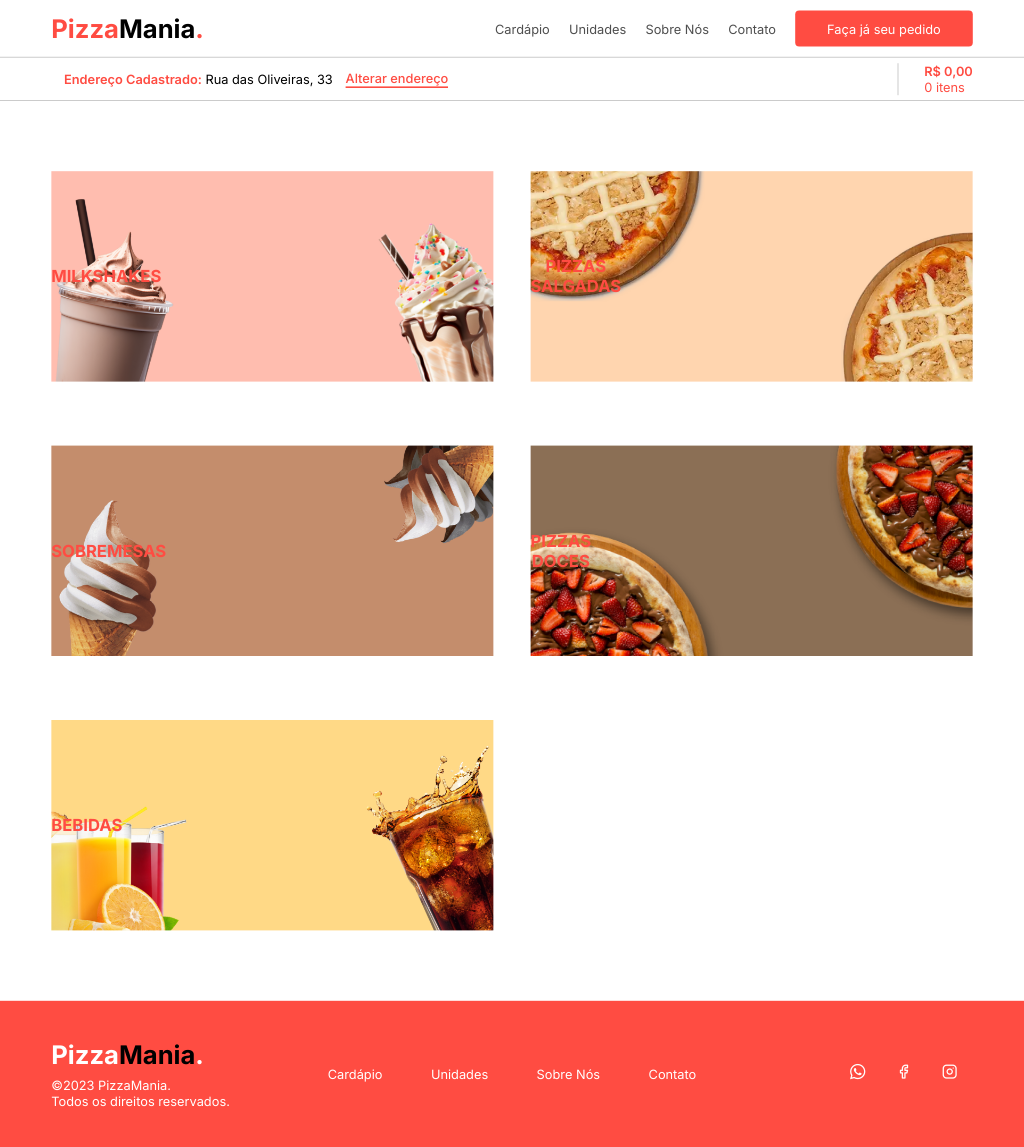
Repository: lucas-albuq/PizzaMania
Page: assets/pages/cardapio.html
An editor plug-in stored every save of this project. The page is shown before and after the next save, followed by the edit.
The browser window is 1280 px wide. The pictures show the whole page, at 80% of full size.
Some icons come from a web library that is not loaded, so they are not drawn. Some web libraries are served in a nearby version.

Above is the page before, as saved 2024-01-04 21:20:29.

After the next save:
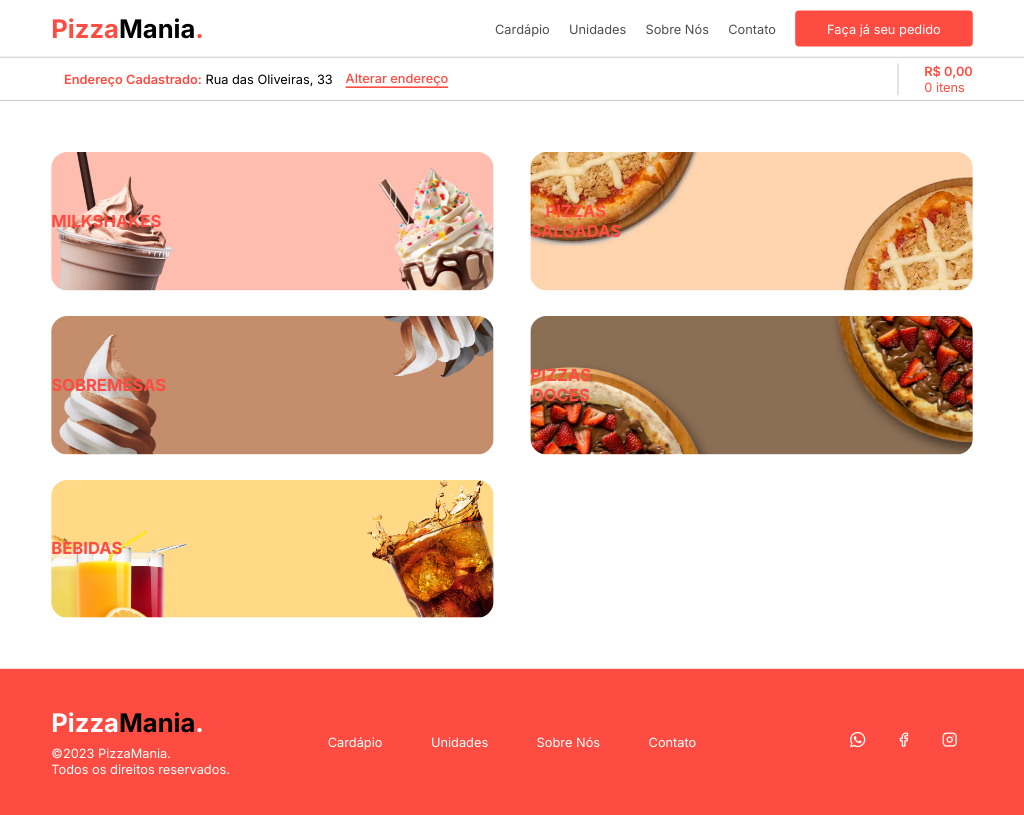
Saved 13 s later.
--- a/assets/css/pizzamania.css
+++ b/assets/css/pizzamania.css
@@ -392,7 +392,7 @@ footer .footer{
   background-size: 100% auto;
   background-position: center;
   background-repeat: no-repeat;
-  aspect-ratio: 16/9;
+  aspect-ratio: 16/5;
 }
 .categorias-cardapio a{
   text-decoration: none;
